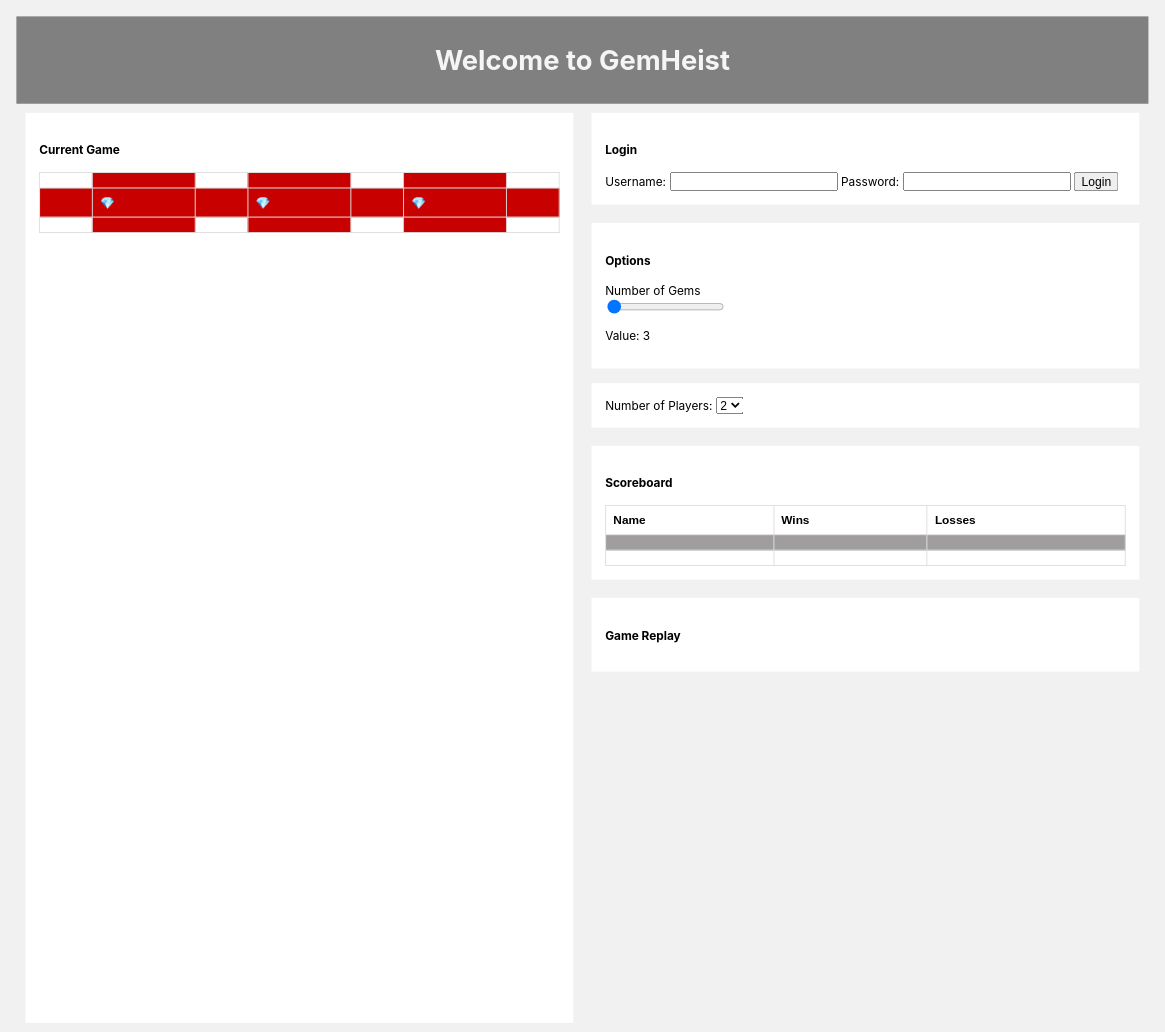
Repository: komalharjani/Gem-Heist
Page: board.html
An editor plug-in stored every save of this project. The page is shown before and after the next save, followed by the edit.
The browser window is 1280 px wide. The pictures show the whole page, at 91% of full size.

Above is the page before, as saved 2020-04-09 12:51:54.

### board.html
<!DOCTYPE html>
<html>

<head>
    <link rel="stylesheet" href="style.css">
</head>

<body>
    <!--Header-->
    <div class="header">
        <h2>Welcome to GemHeist</h2>
    </div>

    <!--Current Game-->
    <div class="centercolumn">
        <div class="card" style="height:1000px">
            <h4 id="gameTitle">Current Game</h4>
            <div class="yaks" id="game">
            </div>
        </div>
    </div>
    <!--Login -->
    <div class="centercolumn" id="scoreboard">
        <div class="card">
            <h4>Login</h4>
            <div class="yaks">
                <label for="fname">Username:</label>
                <input type="text" id="fname" name="fname">
                <label for="lname">Password:</label>
                <input type="text" id="lname" name="lname">
                <input type="submit" value="Login">
            </div>
        </div>
    </div><br>
    </div>

    <!--Options -->
    <div class="rightcolumn">
        <div class="card">
            <h4>Options</h4>
            <div class="yaks">
                <div class="slidecontainer">
                    <label for="myRange">Number of Gems</label></br>
                    <input type="range" min="3" max="20" value="3" class="slider" id="myRange">
                    <p>Value: <span id="demo"></span></p>
                </div>
            </div>
                <script>
                    var slider = document.getElementById("myRange");
                    var output = document.getElementById("demo");
                    output.innerHTML = slider.value;
                    document.getElementById("myRange").step = "3";
                    slider.oninput = function () {
                        output.innerHTML = this.value;
                    }
                </script>
            </div></br>
            <div class="card">
                <div class="yaks">
                    <label for="noPlayers">Number of Players:</label>
                    <select id="noPlayers">
                        <option value="2">2</option>
                        <option value="3">3</option>
                        <option value="4">4</option>
                        <option value="5">5</option>
                    </select>
                </div>
            </div>
    </div><br>
    </div>

    <!--Scoreboard - change to dynamic -->
    <div class="rightcolumn">
        <div class="card">
            <h4>Scoreboard</h4>
            <div class="yaks" id="scoreboard">
                <table>
                    <tr>
                        <th>Name</th>
                        <th>Wins</th>
                        <th>Losses</th>
                    </tr>
                    <tr>
                        <td> </td>
                        <td> </td>
                        <td> </td>
                    </tr>
                    <tr>
                        <td> </td>
                        <td> </td>
                        <td> </td>
                    </tr>
                </table>

            </div>
        </div>
    </div><br>
    </div>

    <!--Scoreboard -->
    <div class="rightcolumn">
        <div class="card">
            <h4>Game Replay</h4>
            <div class="yaks">
                <!--Content Here-->
            </div>
        </div>
    </div><br>
    </div>



    <!--JAVASCRIPT -->
    <script src="model_Board.js"></script>
</body>

</html>

### style.css
* {
    box-sizing: border-box;
  }

  /* Add a gray background color with some padding */
  body {
    font-family: -apple-system, BlinkMacSystemFont, 'Segoe UI', Roboto, Oxygen, Ubuntu, Cantarell, 'Open Sans', 'Helvetica Neue', sans-serif;
    padding: 10px;
    background: #f1f1f1;
    font-size: 13px;
  }
  table {
    font-family: arial, sans-serif;
    border-collapse: collapse;
    width: 100%;
  }

  td, th {
    border: 1px solid #dddddd;
    text-align: left;
    padding: 8px;
  }

  tr:nth-child(even) {
    background-color: #dddddd;
  }
  /* Header Title */
  .header {
    padding: 5px;
    font-size: 20px;
    text-align: center;
    background: grey;
    color: whitesmoke;
  }

  .login {
    width:300px;
    height:150px;
    position: fixed;
    top: 50%;
    left: 50%;
    margin-top: -125px;
    margin-left: -150px;
  }


  /* Alerts and Gems */

  .gem {
    background-color: white;
    justify-content: center;
  }

  .gem:hover {
    background-color: rgb(240, 240, 240);
  }

  .alarm {
    background-color: rgb(200, 0, 0);
  }

  .white {
    background-color: white;
  }

  .empty {
    background-color: white;
  }

  .alarm:hover {
    background-color: rgb(136, 0, 0);
  }

  /* Split Screen into Columns */

  .rightcolumn {
    float: right;
    width: 50%;
    padding: 10px;
  }

  .centercolumn {
    float: left;
    width: 50%;
    padding: 10px;
  }

  .box {
    background-color: whitesmoke;
    width: 100%;
    padding: 15px;
  }

  .voteFilter {
    background-color: black;
    width: 100%;
    padding: 15px;
  }

  .card {
     background-color: white;
     padding: 15px;
  }

  .row:after {
    content: "";
    display: table;
    clear: both;
  }

  /* Footer */
  .footer {
    padding: 20px;
    text-align: center;
    background: #ddd;
    margin-top: 20px;
  }

  /* Responsive layout - when the screen is less than 800px wide, make the two columns stack on top of each other instead of next to each other */
  @media screen and (max-width: 800px) {
    .leftcolumn, .rightcolumn {
      width: 100%;
      padding: 0;
    }
  }

  tr:nth-child(even) {
    background-color: #3b37377c;
  }

### model_Board.js
/**
 * Variables
 */
const width = 7;
var gemChar = '&#128142';
var noGems = document.getElementById("myRange").value;
height = (2 / 3 * noGems) + 1;

/**
 * Declare Arrays for Drawing Board...
 */
var pieces = [];
for (var i = 0; i < height; i++) {
    pieces[i] = [];
}

var currState = [];
for (var i = 0; i < height; i++) {
    currState[i] = [];
}
console.log(currState);

//array of state of board


/**
 * Function to Draw Board
 */
//synchronise with model
//if true draw alarm else draw
function drawBoard() {
    //Create rows and tables according to specified height and width
    var table = document.createElement("table");
    for (var i = 0; i < height; i++) { //loop through height
        var row = document.createElement('tr'); //create rows for each height
        for (var j = 0; j < width; j++) { //loop through width
            var cell = document.createElement('td'); //create columns for each width
            pieces[i].push(cell);
            currState[i].push(true); //can't
            cell.setAttribute("row", i);
            cell.setAttribute("col", j);

            //Identify Gem Cells
            if (currState[i][j] == true) {
            if (j % 2 && i % 2) {
                cell.innerHTML = gemChar;
                cell.className = "gem";
                //example - move out later to follow after alarm captured
                cell.addEventListener('click', function (event) { //disable after clicked + how to pass row and col
                    //this.innerHTML = "name";
                })
            }
        }
            //Identify Alarms
            if (currState[i][j] == true) {
                 if (j % 2 || i % 2) {
                cell.className = "alarm";
                cell.addEventListener('click', function (event) { //disable after clicked + how to pass row and col
                    this.className = "white";
                    captureAlarm(this);
                    event.preventDefault();
                })
            }
            else {
                cell.className = "white";
            }
        }
            row.appendChild(cell);
        }
        table.appendChild(row);
    }
    document.body.appendChild(table);

    //display in this div
    let divContainer = document.getElementById("game");
    divContainer.innerHTML = "";
    divContainer.appendChild(table);
}

console.log(currState);

drawBoard();

//free of HTML elements
function captureAlarm() {
    let currRow = event.target.getAttribute("row"); //curr row
    let currCol = event.target.getAttribute("col"); //curr col
    let alarmsAroundEvent = [];
    let gemsFound = [];
    let leftCell;
    let rightCell;
    let upCell;
    let downCell;
    let one = 1;
    let alarmsAroundGemsFound = [];

    currState[currRow][currCol] = (false); //bind false to cell.className = "white";
    //add move to replay

    if (currRow - 1 >= 0) {
        upCell = pieces[currRow - 1][currCol];
        alarmsAroundEvent.push(upCell);
    } if (currCol - 1 >= 0) {
        leftCell = pieces[currRow][currCol - 1];
        alarmsAroundEvent.push(leftCell);
    } if (currRow + 1 < height) {
            downCell = pieces[currRow+1][currCol];
            alarmCheck.push(downCell);
    } if (currCol < width) {
    //     rightCell = [currRow][currCol+1];
    //     alarmCheck.push(rightCell);
    }

    console.log(upCell);
    console.log(leftCell);
    console.log(alarmsAroundEvent);
    //}

    //loop 1 find gems around alarms
    for (let i = 0; i < alarmsAroundEvent.length; i++) {
        if (alarmsAroundEvent[i].className == "gem") {
            gemsFound.push(alarmsAroundEvent[i]);
        }
    }

    //loop 2 - check for alarms around each gem to see if gem should be captured
    for (let i = 0; i < gemsFound.length; i++) {
        let gemRow = gemsFound[i].getAttribute("row");
        let gemCol = gemsFound[i].getAttribute("col");

        let alarmUp = (pieces[gemRow - 1][gemCol]);
        let alarmLeft = (pieces[gemRow][gemCol - 1]);
        //let alarmRight = (pieces[gemRow + 1][gemCol]);
        //let alarmDown = (pieces[gemRow + 1][gemCol]);

        alarmsAroundGemsFound.push(alarmUp, alarmLeft);

        for (let j = 0; j < alarmsAroundGemsFound.length; j++) {
            if (alarmsAroundGemsFound[i].className == "white") {
                alarmsAroundGemsFound.pop[i];
            }
        }
        console.log(alarmsAroundGemsFound);

        if (alarmsAroundGemsFound.length == 0) {
            gemsFound.className = "white";
            gemsFound.innerHTML = "name";
            //add move to replay
            //currState[gemRow][gemCol] = (false);
            //model.Player.score++;
            declareWinner();
        }
        else {
            //Next Turn
        }

    }

}

function declareWinner() {
    let gemsToWin = player.length / noGems;
    if (player.score = gemsToWin) {
        //alert
        //kill game
        //update leagueboard
    }
    else {
        //next turn
    }
}

//1. seperate state and draw board function
//2. fix the row and col
//3. move to main

After the next save:
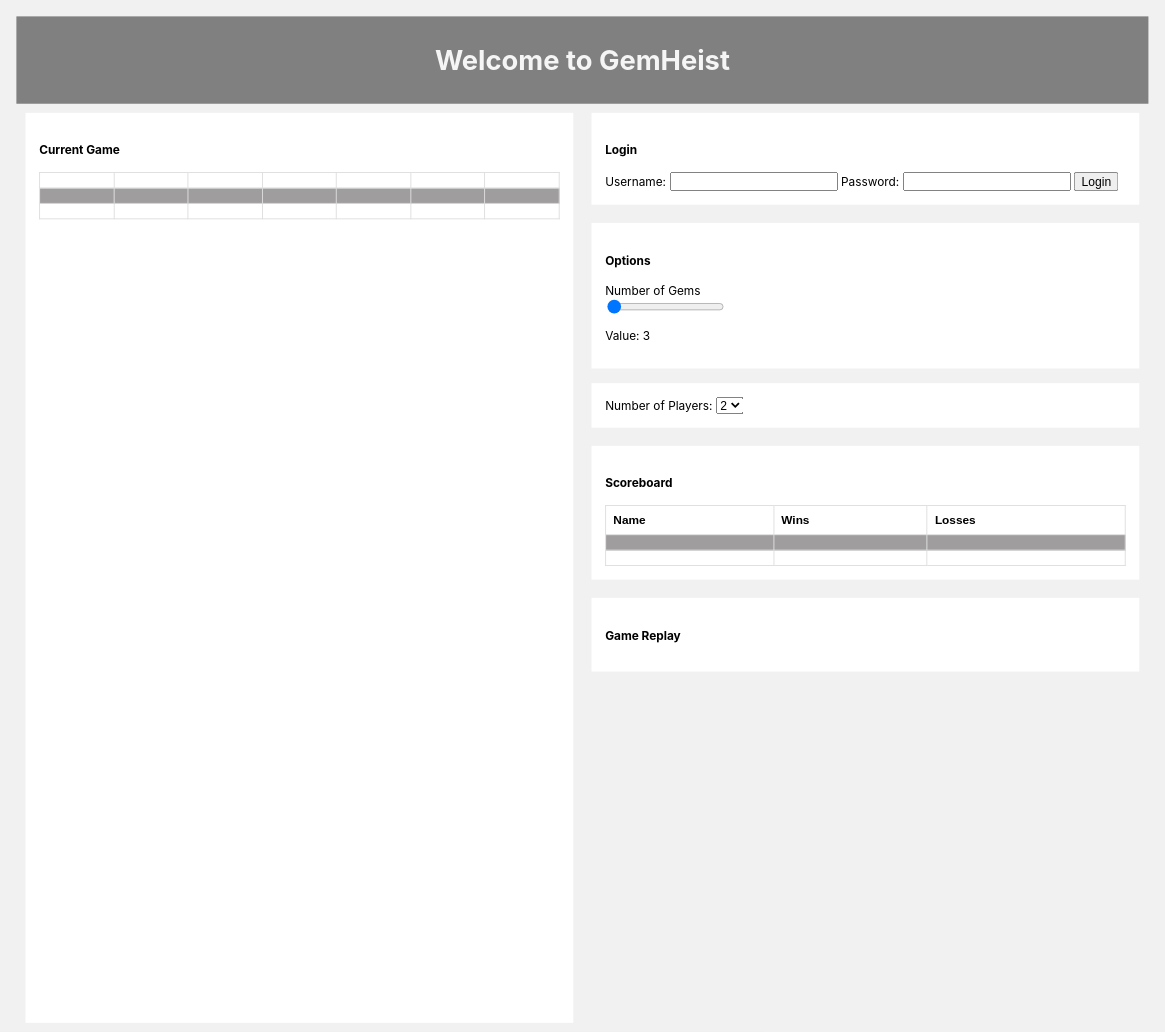
Saved 7 s later.
--- a/model_Board.js
+++ b/model_Board.js
@@ -36,7 +36,6 @@ function drawBoard() {
         for (var j = 0; j < width; j++) { //loop through width
             var cell = document.createElement('td'); //create columns for each width
             pieces[i].push(cell);
-            currState[i].push(true); //can't
             cell.setAttribute("row", i);
             cell.setAttribute("col", j);
 
